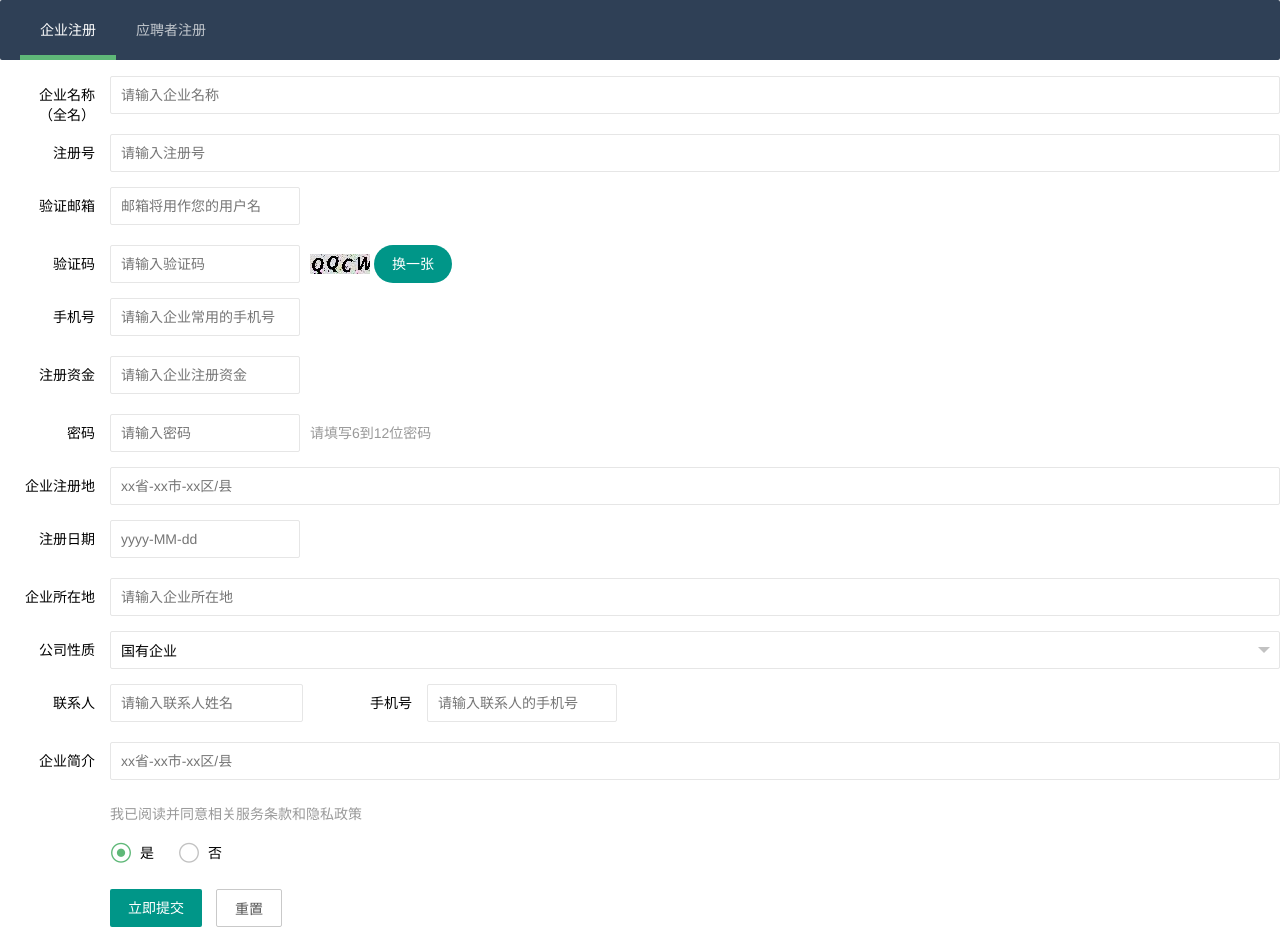
Repository: LongJinhe-coder/java-web-
Page: http://localhost/projectDemo1/firmregister.jsp
An editor plug-in stored every save of this project. The page is shown before and after the next save, followed by the edit.
The browser window is 1280 px wide. The pictures show the whole page.
The page is served by Tomcat 9. Other server files are loaded and not shown.

Above is the page before, as saved 2020-07-28 10:58:08.

### MyEclipse CI/projectDemo1/WebRoot/firmregister.jsp
<%@ page language="java" import="java.util.*" pageEncoding="UTF-8"%>
<%
String path = request.getContextPath();
String basePath = request.getScheme()+"://"+request.getServerName()+":"+request.getServerPort()+path+"/";
%>

<!DOCTYPE HTML PUBLIC "-//W3C//DTD HTML 4.01 Transitional//EN">
<html>
  <head>
    <base href="<%=basePath%>">

    <title>My JSP 'MyJsp.jsp' starting page</title>

	<meta http-equiv="pragma" content="no-cache">
	<meta http-equiv="cache-control" content="no-cache">
	<meta http-equiv="expires" content="0">
	<meta http-equiv="keywords" content="keyword1,keyword2,keyword3">
	<meta http-equiv="description" content="This is my page">
	<!--
	<link rel="stylesheet" type="text/css" media="all" href="layui/css/layui.css"> -->

 <meta charset="utf-8">
  <title>Layui</title>
  <meta name="renderer" content="webkit">
  <meta http-equiv="X-UA-Compatible" content="IE=edge,chrome=1">
  <meta name="viewport" content="width=device-width, initial-scale=1, maximum-scale=1">
  <link rel="stylesheet" href="layui/css/layui.css"  media="all">
  <!-- 注意：如果你直接复制所有代码到本地，上述css路径需要改成你本地的 -->
  </head>


<ul class="layui-nav layui-bg-cyan">
  <li class="layui-nav-item layui-this"><a href="firmregister.jsp">企业注册</a></li>
  <li class="layui-nav-item"><a href="personalregister.jsp">应聘者注册</a></li>
</ul>
<br>
<form class="layui-form" action="" method="post" id="form">
    <label class="layui-form-label">企业名称（全名）</label>
    <div class="layui-input-block">
      <input type="text" name="firmname" id="firmname" lay-verify="title" autocomplete="off" placeholder="请输入企业名称" class="layui-input">
    </div>

  <div class="layui-form-item">
    <label class="layui-form-label">注册号</label>
    <div class="layui-input-block">
      <input type="text" name="firmid" id="firmid" lay-verify="required" lay-reqtext="注册号是必填项，岂能为空？" placeholder="请输入注册号" autocomplete="off" class="layui-input">
    </div>
  </div>


    <div class="layui-form-item">
    <div class="layui-inline">
      <label class="layui-form-label">验证邮箱</label>
      <div class="layui-input-inline">
        <input type="text" name="email" id="email" lay-verify="email" autocomplete="off" class="layui-input" placeholder="邮箱将用作您的用户名">
       </div>
      </div>
    </div>

     <div class="layui-form-item">
   <label class="layui-form-label">验证码</label>
    <div class="layui-input-inline">
      <input type="text" name="check" id="check" lay-verify="check" autocomplete="off" placeholder="请输入验证码" class="layui-input">
    </div>

    <div class="layui-col-md2">
        <img border="0" src="checkcode" />
	   <input class="layui-btn layui-btn-radius" type="submit" value="换一张" onclick="refresh()"/>
    </div>
    </div>

  <div class="layui-form-item">
    <div class="layui-inline">
      <label class="layui-form-label">手机号</label>
      <div class="layui-input-inline">
        <input type="tel" name="phone" lay-verify="required|phone" autocomplete="off" class="layui-input" placeholder="请输入企业常用的手机号">
      </div>
    </div>
    </div>
     <div class="layui-form-item">
    <div class="layui-inline">
      <label class="layui-form-label">注册资金</label>
      <div class="layui-input-inline">
        <input type="tel" name="money" id="money" autocomplete="off" class="layui-input" placeholder="请输入企业注册资金">
      </div>
    </div>

    </div>

  <div class="layui-form-item">
    <label class="layui-form-label">密码</label>
    <div class="layui-input-inline">
      <input type="password" name="password" lay-verify="pass" placeholder="请输入密码" autocomplete="off" class="layui-input">
    </div>
    <div class="layui-form-mid layui-word-aux">请填写6到12位密码</div>
  </div>


 <div class="layui-form-item">
    <label class="layui-form-label">企业注册地</label>
    <div class="layui-input-block">
      <input type="text" name="registerplace" id="registerplace" autocomplete="off" placeholder="xx省-xx市-xx区/县" class="layui-input">
    </div>
  </div>

  <div class="layui-form-item">
  <div class="layui-inline">
      <label class="layui-form-label">注册日期</label>
      <div class="layui-input-inline">
        <input type="text" name="date" id="date" lay-verify="date" placeholder="yyyy-MM-dd" autocomplete="off" class="layui-input">
      </div>
    </div>
  </div>

  <div class="layui-form-item">
    <label class="layui-form-label">企业所在地</label>
    <div class="layui-input-block">
      <input type="text" name="place"  id="place" autocomplete="off" placeholder="请输入企业所在地" class="layui-input">
    </div>
  </div>


  <div class="layui-form-item">
    <label class="layui-form-label">公司性质</label>
    <div class="layui-input-block">
      <select name="interest" lay-filter="aihao" id="firmnature">
        <option value=""></option>
        <option value="国有企业" selected="">国有企业</option>
        <option value="集体企业">集体企业</option>
        <option value="私营企业">私营企业</option>
        <option value="个体工商户">个体工商户</option>
        <option value="合伙企业">合伙企业</option>
        <option value="联营企业">联营企业</option>
        <option value="股份合作制企业">股份合作制企业</option>
        <option value="有限责任公司">有限责任公司</option>
        <option value="股份有限公司">股份有限公司</option>
      </select>
    </div>
  </div>

   <div class="layui-form-item">
   <div class="layui-inline">
    <label class="layui-form-label">联系人</label>
    <div class="layui-input-block">
      <input type="text" name="linkmanname" id="linkmanname" autocomplete="off" placeholder="请输入联系人姓名" class="layui-input">
    </div>
  </div>

    <div class="layui-inline">
      <label class="layui-form-label">手机号</label>
      <div class="layui-input-inline">
        <input type="tel" name="linkmanphone" id="linkmanphone" lay-verify="required|phone" autocomplete="off" class="layui-input" placeholder="请输入联系人的手机号">
      </div>
    </div>
   </div>

  <div class="layui-form-item">
    <label class="layui-form-label">企业简介</label>
    <div class="layui-input-block">
      <input type="text" name="intro" id="intro" autocomplete="off" placeholder="xx省-xx市-xx区/县" class="layui-input">
    </div>
  </div>

 <div class="layui-inline">
    <label class="layui-form-label"></label>
    <div class="layui-input-block">
        <div class="layui-form-mid layui-word-aux">我已阅读并同意相关服务条款和隐私政策</div>
    </div>
  </div>
<div class="layui-form-item">
  <div class="layui-inline">
    <label class="layui-form-label"></label>
    <div class="layui-input-block">
      <input type="radio" name="sex" value="是" title="是" checked="">
      <input type="radio" name="sex" value="否" title="否">
     <!--<input type="radio" name="sex" value="禁" title="禁用" disabled="">-->
    </div>
  </div>
  </div>


  <div class="layui-form-item">
    <div class="layui-input-block">
     <button type="submit" class="layui-btn"  onclick="register()">立即提交</button>
      <button type="reset" class="layui-btn layui-btn-primary">重置</button>
    </div>
  </div>
</form>


<script src="layui/layui.all.js" charset="utf-8"></script>
<!-- 注意：如果你直接复制所有代码到本地，上述js路径需要改成你本地的 -->
<script>
layui.use(['form', 'layedit', 'laydate'], function(){
  var form = layui.form
  ,layer = layui.layer
  ,layedit = layui.layedit
  ,laydate = layui.laydate;

  //日期
  laydate.render({
    elem: '#date'
  });
  laydate.render({
    elem: '#date1'
  });

  //创建一个编辑器
  var editIndex = layedit.build('LAY_demo_editor');

  //自定义验证规则
  form.verify({
    title: function(value){
      if(value.length < 2){
        return '企业名至少得2个字符啊';
      }
    }
    ,pass: [
      /^[\S]{6,12}$/
      ,'密码必须6到12位，且不能出现空格'
    ]
    ,content: function(value){
      layedit.sync(editIndex);
    }
  });


  //监听提交
  form.on('submit(demo1)', function(data){
    layer.alert(JSON.stringify(data.field), {
      title: '最终的提交信息'
    })
    return false;
  });



  //表单取值
  layui.$('#LAY-component-form-getval').on('click', function(){
    var data = form.val('example');
    alert(JSON.stringify(data));
  });

});
function refresh(){

  location.href="firmregister.jsp";
}
 function register(){
  var firmAccount = document.getElementById("email").value;
  var registerTime = document.getElementById("date").value;
  var password = document.getElementById("password").value;
  var firmName = document.getElementById("firmname").value;
  var registerArea = document.getElementById("registerplace").value;
  var firmNature = document.getElementById("firmnature").value;
  var registerFund = document.getElementById("money").value;
  var firmBrief = document.getElementById("intro").value;
  var linkMan = document.getElementById("linkmanname").value;
  var linkPhone = document.getElementById("linkmanphone").value;
  var firmArea = document.getElementById("place").value;
  var registerNum = document.getElementById("firmid").value;
  var firmEmail = document.getElementById("email").value;
  var check = document.getElementById("check").value;
  location.href="FirmServlet?option=addAccount&firmAccount="+firmAccount+"&registerTime="+registerTime+"&password="+password+"&firmName="+firmName+"&registerArea="+registerArea+"&firmNature="+firmNature+"&registerFund="+registerFund+"&firmBrief="+firmBrief+"&linkMan="+linkMan+"&linkPhone="+linkPhone+"&firmArea="+firmArea+"&registerNum="+registerNum+"&firmEmail="+firmEmail+"&check="+check+"&url=firmregister.jsp";
  }
</script>
</body>
</html>

### MyEclipse CI/projectDemo1/src/com/etc/controller/CheckCode.java
package com.etc.controller;

import java.awt.Color;
import java.awt.Font;
import java.awt.Graphics;
import java.awt.image.BufferedImage;
import java.io.ByteArrayOutputStream;
import java.io.IOException;
import java.io.PrintWriter;

import javax.imageio.ImageIO;
import javax.servlet.RequestDispatcher;
import javax.servlet.ServletException;
import javax.servlet.ServletOutputStream;
import javax.servlet.http.HttpServlet;
import javax.servlet.http.HttpServletRequest;
import javax.servlet.http.HttpServletResponse;
import javax.servlet.http.HttpSession;

public class CheckCode extends HttpServlet {

	public CheckCode() {
		super();
	}

	public void destroy() {
		super.destroy(); // Just puts "destroy" string in log
		// Put your code here
	}

	public void doPost(HttpServletRequest request, HttpServletResponse response)
			throws ServletException, IOException {
		doGet(request, response);
	}

	public void doGet(HttpServletRequest request, HttpServletResponse response)
			throws ServletException, IOException {
		//类型是图片
		response.setContentType("image/jpeg");
		//创建session对象
		HttpSession session = request.getSession();
		int width = 60;
		int height = 20;
		// 设置浏览器不要缓存此图片
		response.setHeader("Pragma", "No-cache");
		response.setHeader("Cache-Control", "no-cache");
		response.setDateHeader("Expires", 0);
		// 创建内存图像并获得其图形上下文
		BufferedImage image = new BufferedImage(width, height,BufferedImage.TYPE_INT_RGB);
		Graphics g = image.getGraphics();
		// 产生随机验证码
		// 定义验证码的字符表
		String chars = "0123456789ABCDEFGHIJKLMNOPQRSTUVWXYZ";
		char[] rands = new char[4];
		for (int i = 0; i < 4; i++) {
			int rand = (int) (Math.random() * 36);
			rands[i] = chars.charAt(rand);
		}
		// 产生图像
		// 画背景
		g.setColor(new Color(0xDCDCDC));
		g.fillRect(0, 0, width, height);//FillRect函数用指定的画刷填充矩形，此函数包括矩形的左上边界，但不包括矩形的右下边界。
		// 随机产生120个干扰点
		for (int i = 0; i < 120; i++) {
			int x = (int) (Math.random() * width);
			int y = (int) (Math.random() * height);
			int red = (int) (Math.random() * 255);
			int green = (int) (Math.random() * 255);
			int blue = (int) (Math.random() * 255);
			g.setColor(new Color(red, green, blue));
			g.drawOval(x, y, 1, 0);//绘制椭圆
		}
		g.setColor(Color.BLACK);
		g.setFont(new Font(null, Font.ITALIC | Font.BOLD, 18));
		// 在不同的高度上输出验证码的不同字符
		g.drawString("" + rands[0], 1, 17);
		g.drawString("" + rands[1], 16, 15);
		g.drawString("" + rands[2], 31, 18);
		g.drawString("" + rands[3], 46, 16);
		g.dispose();//释放此图形的上下文并释放它所使用的所有系统资源.
		// 将图像输出到客户端
		ServletOutputStream sos = response.getOutputStream();
		ByteArrayOutputStream baos = new ByteArrayOutputStream();
		ImageIO.write(image, "JPEG", baos);
		byte[] buffer = baos.toByteArray();
		response.setContentLength(buffer.length);
		sos.write(buffer);
		baos.close();
		sos.close();
		// 将验证码放到 session 中
		session.setAttribute("checkCode", new String(rands));
	}


	public void init() throws ServletException {
		// Put your code here
	}

}

### MyEclipse CI/projectDemo1/WebRoot/layui/css/modules/code.css
/** layui-v2.5.6 MIT License By https://www.layui.com */
 html #layuicss-skincodecss{display:none;position:absolute;width:1989px}.layui-code-h3,.layui-code-view{position:relative;font-size:12px}.layui-code-view{display:block;margin:10px 0;padding:0;border:1px solid #e2e2e2;border-left-width:6px;background-color:#F2F2F2;color:#333;font-family:Courier New}.layui-code-h3{padding:0 10px;height:32px;line-height:32px;border-bottom:1px solid #e2e2e2}.layui-code-h3 a{position:absolute;right:10px;top:0;color:#999}.layui-code-view .layui-code-ol{position:relative;overflow:auto}.layui-code-view .layui-code-ol li{position:relative;margin-left:45px;line-height:20px;padding:0 5px;border-left:1px solid #e2e2e2;list-style-type:decimal-leading-zero;*list-style-type:decimal;background-color:#fff}.layui-code-view pre{margin:0}.layui-code-notepad{border:1px solid #0C0C0C;border-left-color:#3F3F3F;background-color:#0C0C0C;color:#C2BE9E}.layui-code-notepad .layui-code-h3{border-bottom:none}.layui-code-notepad .layui-code-ol li{background-color:#3F3F3F;border-left:none}

Loaded but not shown: MyEclipse CI/projectDemo1/WebRoot/layui/css/layui.css (library); MyEclipse CI/projectDemo1/WebRoot/layui/layui.all.js (library); MyEclipse CI/projectDemo1/WebRoot/layui/css/modules/laydate/default/laydate.css (library); MyEclipse CI/projectDemo1/WebRoot/layui/css/modules/layer/default/layer.css (library)

After the next save:
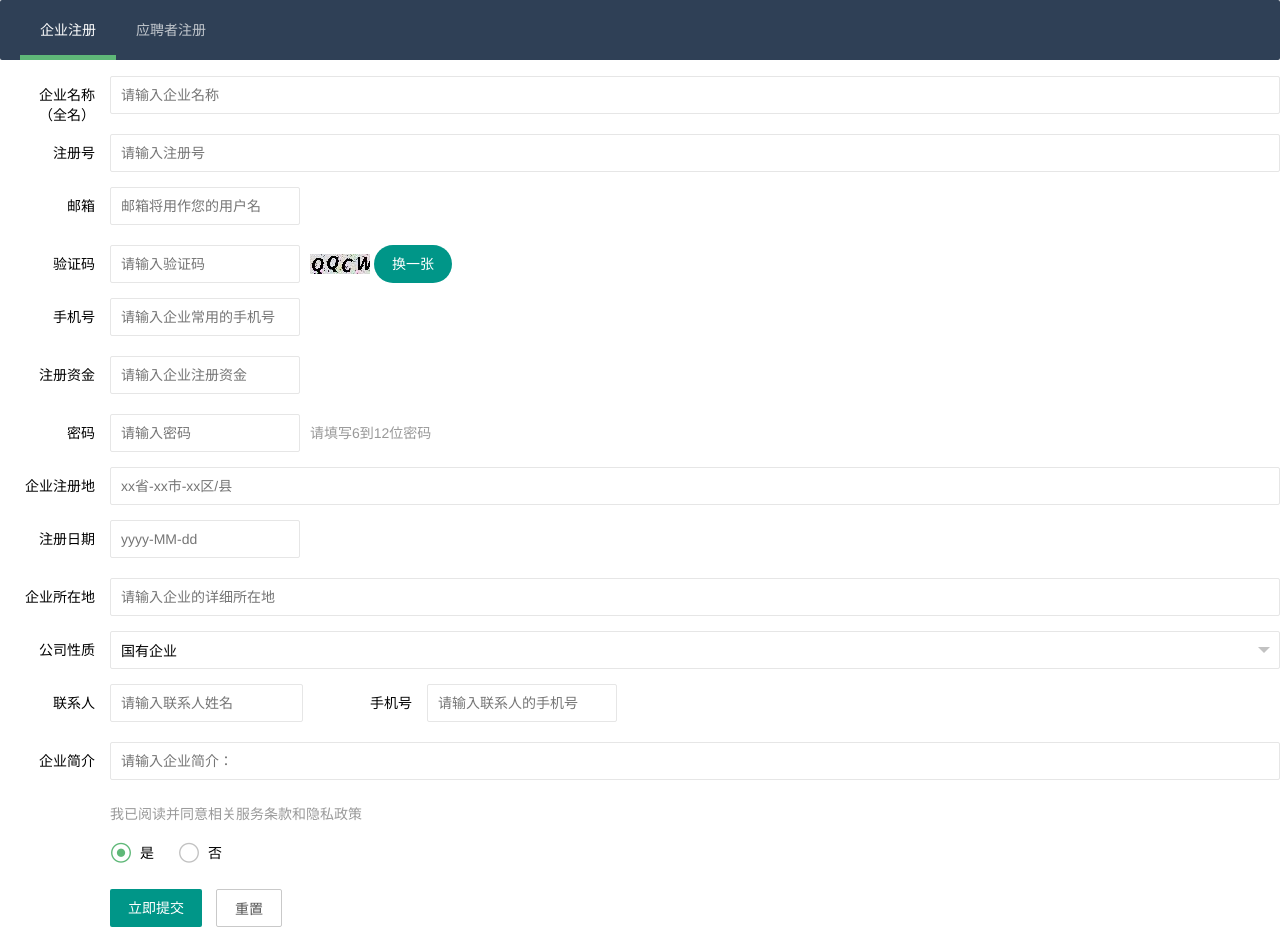
Saved 1 s later.
--- a/MyEclipse CI/projectDemo1/WebRoot/firmregister.jsp
+++ b/MyEclipse CI/projectDemo1/WebRoot/firmregister.jsp
@@ -50,7 +50,7 @@ String basePath = request.getScheme()+"://"+request.getServerName()+":"+request.
 
     <div class="layui-form-item">
     <div class="layui-inline">
-      <label class="layui-form-label">验证邮箱</label>
+      <label class="layui-form-label">邮箱</label>
       <div class="layui-input-inline">
         <input type="text" name="email" id="email" lay-verify="email" autocomplete="off" class="layui-input" placeholder="邮箱将用作您的用户名">
        </div>
@@ -65,7 +65,7 @@ String basePath = request.getScheme()+"://"+request.getServerName()+":"+request.
 
     <div class="layui-col-md2">
         <img border="0" src="checkcode" />
-	   <input class="layui-btn layui-btn-radius" type="submit" value="换一张" onclick="refresh()"/>
+	   <input class="layui-btn layui-btn-radius" type="submit" value="换一张" onclick="document.getElementById('form').action='ChangeCheckCode3'"/>
     </div>
     </div>
 
@@ -90,7 +90,7 @@ String basePath = request.getScheme()+"://"+request.getServerName()+":"+request.
   <div class="layui-form-item">
     <label class="layui-form-label">密码</label>
     <div class="layui-input-inline">
-      <input type="password" name="password" lay-verify="pass" placeholder="请输入密码" autocomplete="off" class="layui-input">
+      <input type="password" name="password" id="password" lay-verify="pass" placeholder="请输入密码" autocomplete="off" class="layui-input">
     </div>
     <div class="layui-form-mid layui-word-aux">请填写6到12位密码</div>
   </div>
@@ -115,7 +115,7 @@ String basePath = request.getScheme()+"://"+request.getServerName()+":"+request.
   <div class="layui-form-item">
     <label class="layui-form-label">企业所在地</label>
     <div class="layui-input-block">
-      <input type="text" name="place"  id="place" autocomplete="off" placeholder="请输入企业所在地" class="layui-input">
+      <input type="text" name="place"  id="place" autocomplete="off" placeholder="请输入企业的详细所在地" class="layui-input">
     </div>
   </div>
 
@@ -157,7 +157,7 @@ String basePath = request.getScheme()+"://"+request.getServerName()+":"+request.
   <div class="layui-form-item">
     <label class="layui-form-label">企业简介</label>
     <div class="layui-input-block">
-      <input type="text" name="intro" id="intro" autocomplete="off" placeholder="xx省-xx市-xx区/县" class="layui-input">
+      <input type="text" name="intro" id="intro" autocomplete="off" placeholder="请输入企业简介：" class="layui-input">
     </div>
   </div>
 
@@ -181,7 +181,7 @@ String basePath = request.getScheme()+"://"+request.getServerName()+":"+request.
 
   <div class="layui-form-item">
     <div class="layui-input-block">
-     <button type="submit" class="layui-btn"  onclick="register()">立即提交</button>
+     <button type="button" class="layui-btn"  onclick="register()">立即提交</button>
       <button type="reset" class="layui-btn layui-btn-primary">重置</button>
     </div>
   </div>
@@ -261,7 +261,9 @@ function refresh(){
   var registerNum = document.getElementById("firmid").value;
   var firmEmail = document.getElementById("email").value;
   var check = document.getElementById("check").value;
-  location.href="FirmServlet?option=addAccount&firmAccount="+firmAccount+"&registerTime="+registerTime+"&password="+password+"&firmName="+firmName+"&registerArea="+registerArea+"&firmNature="+firmNature+"&registerFund="+registerFund+"&firmBrief="+firmBrief+"&linkMan="+linkMan+"&linkPhone="+linkPhone+"&firmArea="+firmArea+"&registerNum="+registerNum+"&firmEmail="+firmEmail+"&check="+check+"&url=firmregister.jsp";
+  //alert(firmAccount);
+  //alert("注册中");
+  location.href="FirmServlet?option=addAccount&firmAccount="+firmAccount+"&registerTime="+registerTime+"&password="+password+"&firmName="+firmName+"&registerArea="+registerArea+"&firmNature="+firmNature+"&registerFund="+registerFund+"&firmBrief="+firmBrief+"&linkMan="+linkMan+"&linkPhone="+linkPhone+"&firmArea="+firmArea+"&registerNum="+registerNum+"&firmEmail="+firmEmail+"&check="+check+"";
   }
 </script>
 </body>
